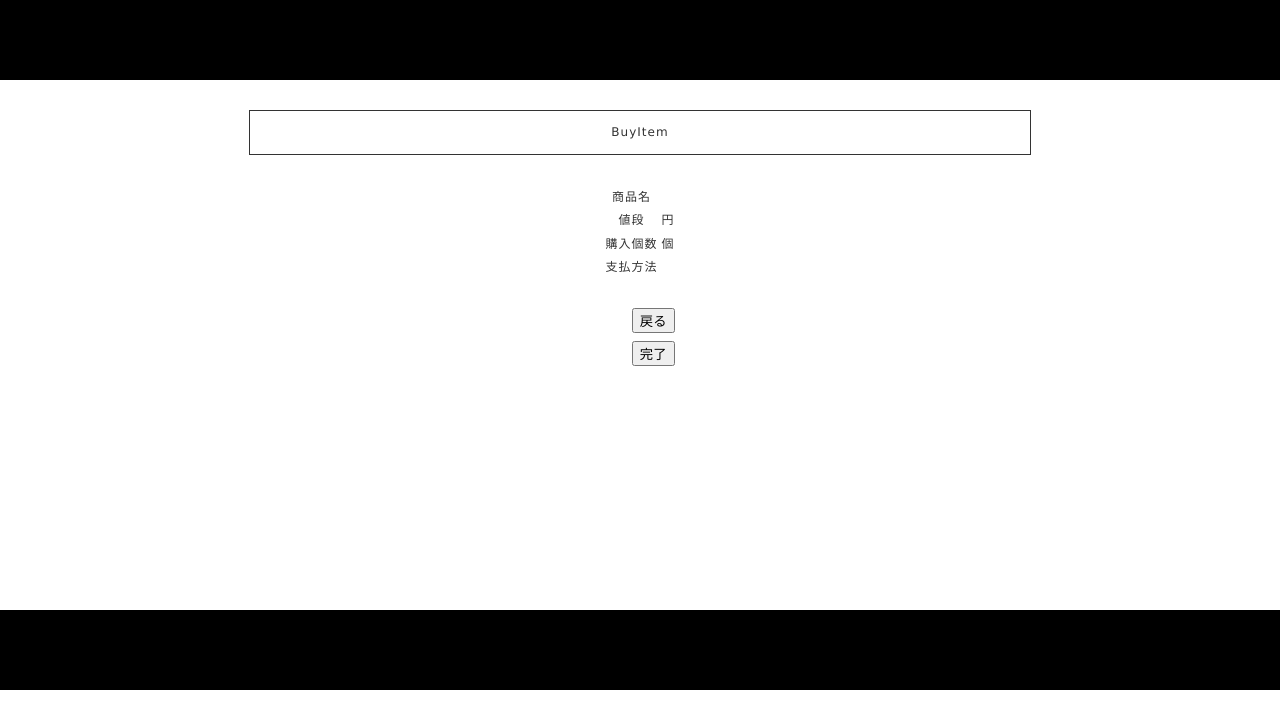
Repository: fujita0830/learning
Page: http://localhost/ecsite/buyItemConfirm.jsp
An editor plug-in stored every save of this project. The page is shown before and after the next save, followed by the edit.
The browser window is 1280 px wide. The pictures show the whole page.
Some web libraries are served in a nearby version. The page is served by Tomcat 9. Other server files are loaded and not shown.

Above is the page before, as saved 2019-01-16 08:20:43.

### ecsite/WebContent/buyItemConfirm.jsp
<%@ page language="java" contentType="text/html; charset=UTF-8"
    pageEncoding="UTF-8"%>
<%@ taglib prefix="s" uri="/struts-tags" %>
<!DOCTYPE html PUBLIC "-//W3C//DTD HTML 4.01 Transitional//EN" "http://www.w3.org/TR/html4/loose.dtd">
<html>
<head>

<meta http-equiv="Content-Type" content="text/html; charset=UTF-8"/>
<meta http-equiv="Content-Style-Type" content="text/css"/>
<meta http-equiv="Content-Script-Type" content="text/javascript"/>
<meta http-equiv="imagetoolbar" content="no"/>
<meta name="description" content=""/>
<meta name="keywords" content=""/>
<script src="http://ajax.googleapis.com/ajax/libs/jquery/1.9.1/jquery.min.js"></script>

<title>BuyItemConfirm画面</title>

<style type="text/css">

/*========TAG LAYOUT========*/
	body{
      margin:0;
      padding: 0;
      line-height: 1.6;
      letter-spacing: 1px;
      font-family: Verdana, Helvetica, sans-serif;
      font-size: 12px;
      color:#333;
      background: #fff;
	}

    table{
      text-align: center;
      margin: 0 auto;
	}

/*========ID LAYOUT========*/

	#top{
    width: 780px;
    margin: 30px auto;
    border: 1px solid #333;
    }

    #header{
    width: 100%;
    height: 80px;
    background-color: black;
    }

    #main{
    width: 100%;
    height: 500px;
    text-align: center;
    }

    #footer{
    width: 100%;
    height: 80px;
    background-color: black;
    clear: both;
    }


</style>

<script type="text/javascript">
		function submitAction(url){
			$('form').attr('action',url);
			$('form').sumit();
		}


</script>

</head>
<body>

		<div id="header">
			<div id="pr">
			</div>
		</div>

		<div id="main">
			<div id="top">
					<p>BuyItem</p>
			</div>
			<div>
					<s:form>
					<table>
						<tr>
							<td>商品名</td>
							<td>
								<s:property value="session.buyItem_name"/>
							</td>
						</tr>
						<tr>
							<td>値段</td>
							<td>
								<s:property value="session.total_price"/>
									<span>円</span>
							</td>
						</tr>

						<tr>
							<td>購入個数</td>
							<td>
								<s:property value="session.count"/>
									<span>個</span>
							</td>
						</tr>

						<tr>
							<td>支払方法</td>
							<td>
								<s:property value="session.pay"/>
							</td>
						</tr>
						<tr>
								<td><br></td>
						</tr>

						<tr>
							<td>

							<s:submit action="HomeAction" value="戻る"/>
							<!-- <input type="button" value="戻る"
							onclick="submitAction('HomeAction')"/> -->
							</td>
							<td>

							<s:submit action="BuyItemConfirmAction" value="完了"/>
							<!-- <Input type="button" value="完了"
							onclick="submitAction('BuyItemConfirmAction')"/> -->
							</td>
						</tr>
					</table>
					</s:form>

			</div>
		</div>
		<div id="footer">
				<div id="pr">
				</div>
		</div>



</body>
</html>

After the next save:
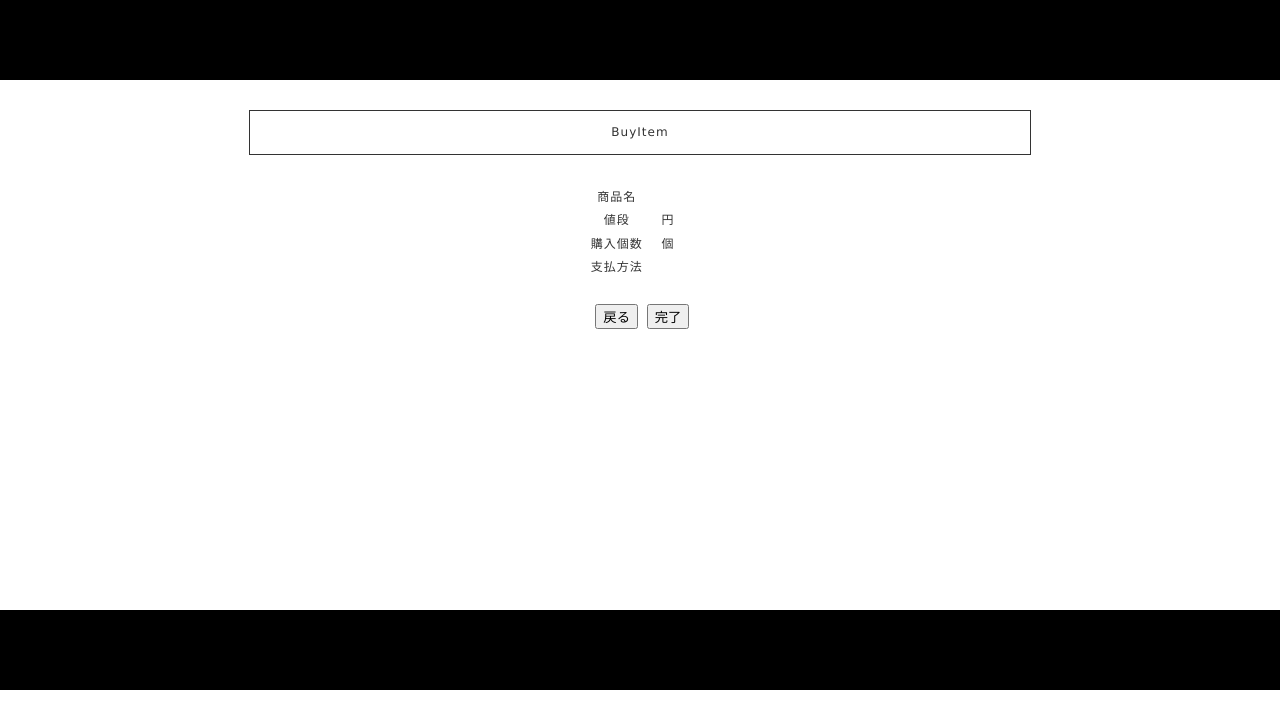
Saved 4 min 15 s later.
--- a/ecsite/WebContent/buyItemConfirm.jsp
+++ b/ecsite/WebContent/buyItemConfirm.jsp
@@ -122,16 +122,13 @@
 
 						<tr>
 							<td>
+							<input type="button" value="戻る"
+							onclick="submitAction('HomeAction')"/>
+							</td>
 
-							<s:submit action="HomeAction" value="戻る"/>
-							<!-- <input type="button" value="戻る"
-							onclick="submitAction('HomeAction')"/> -->
-							</td>
 							<td>
-
-							<s:submit action="BuyItemConfirmAction" value="完了"/>
-							<!-- <Input type="button" value="完了"
-							onclick="submitAction('BuyItemConfirmAction')"/> -->
+							<Input type="button" value="完了"
+							onclick="submitAction('BuyItemConfirmAction')"/>
 							</td>
 						</tr>
 					</table>
